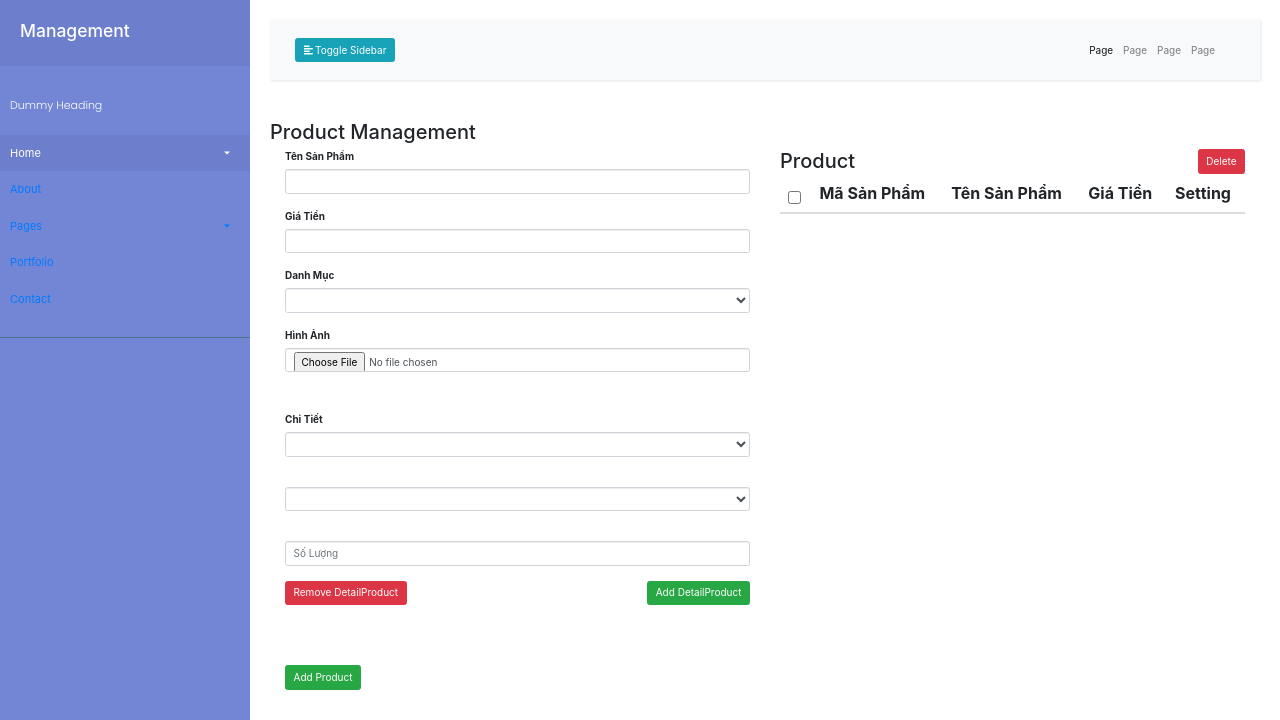
Repository: tiendungnguyen738/shoponline
Page: http://localhost/shoponline/WEB-INF/views/Product_Admin.jsp
These files come from the project's save history. The page is drawn as it stood at one moment and after the next save; the edit follows.
The browser window is 1280 px wide. The pictures show the whole page.
Some web libraries are served in a nearby version. The page is served by Tomcat 9. Nobody is signed in. The template is opened directly, without the code that normally fills it, so the values that code supplies are empty.

Above is the page before, as saved 2019-09-24 13:36:15.

After the next save:
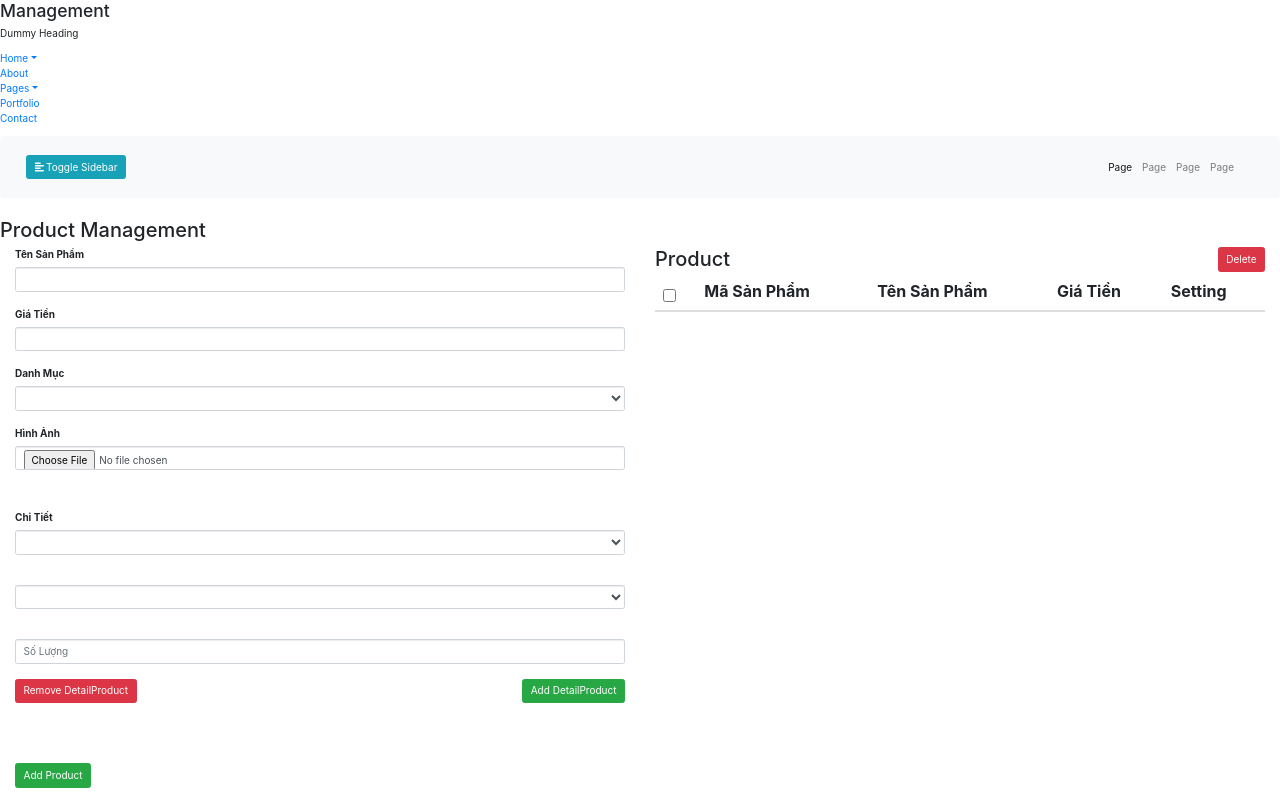
Saved 2 min 9 s later.
--- a/shoponline/src/main/webapp/WEB-INF/views/Product_Admin.jsp
+++ b/shoponline/src/main/webapp/WEB-INF/views/Product_Admin.jsp
@@ -9,8 +9,8 @@
 		href="https://maxcdn.bootstrapcdn.com/bootstrap/3.4.0/css/bootstrap.min.css">
 	<link rel="stylesheet"
 		href="<c:url value='/resources/admin/product-admin.css'/>" />
-	<link rel="stylesheet"
-		href="<c:url value='/resources/admin/style.css'/>" />
+<%-- 	<link rel="stylesheet"
+		href="<c:url value='/resources/admin/style.css'/>" /> --%>
 
 	<meta name="viewport" content="width=device-width, initial-scale=1.0">
 	<meta http-equiv="X-UA-Compatible" content="IE=edge">

After the save that followed:
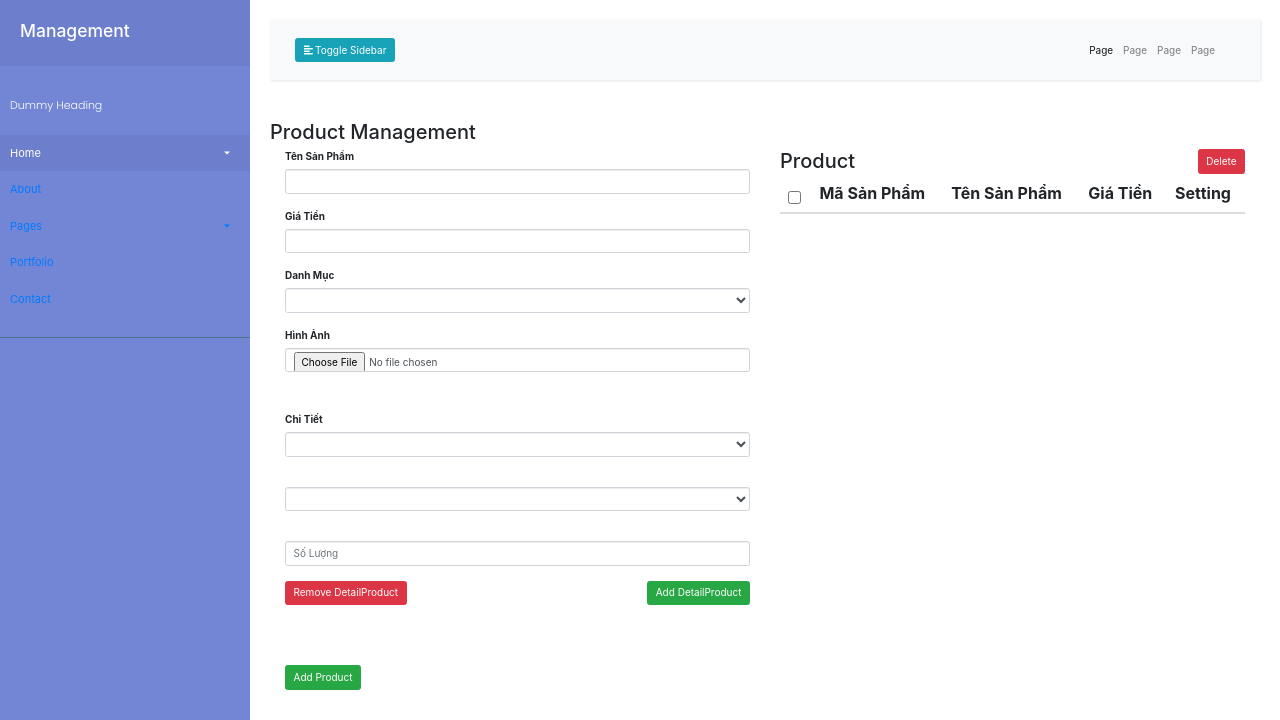
Saved 18 s later.
--- a/shoponline/src/main/webapp/WEB-INF/views/Product_Admin.jsp
+++ b/shoponline/src/main/webapp/WEB-INF/views/Product_Admin.jsp
@@ -9,8 +9,8 @@
 		href="https://maxcdn.bootstrapcdn.com/bootstrap/3.4.0/css/bootstrap.min.css">
 	<link rel="stylesheet"
 		href="<c:url value='/resources/admin/product-admin.css'/>" />
-<%-- 	<link rel="stylesheet"
-		href="<c:url value='/resources/admin/style.css'/>" /> --%>
+ 	<link rel="stylesheet"
+		href="<c:url value='/resources/admin/style.css'/>" />
 
 	<meta name="viewport" content="width=device-width, initial-scale=1.0">
 	<meta http-equiv="X-UA-Compatible" content="IE=edge">
